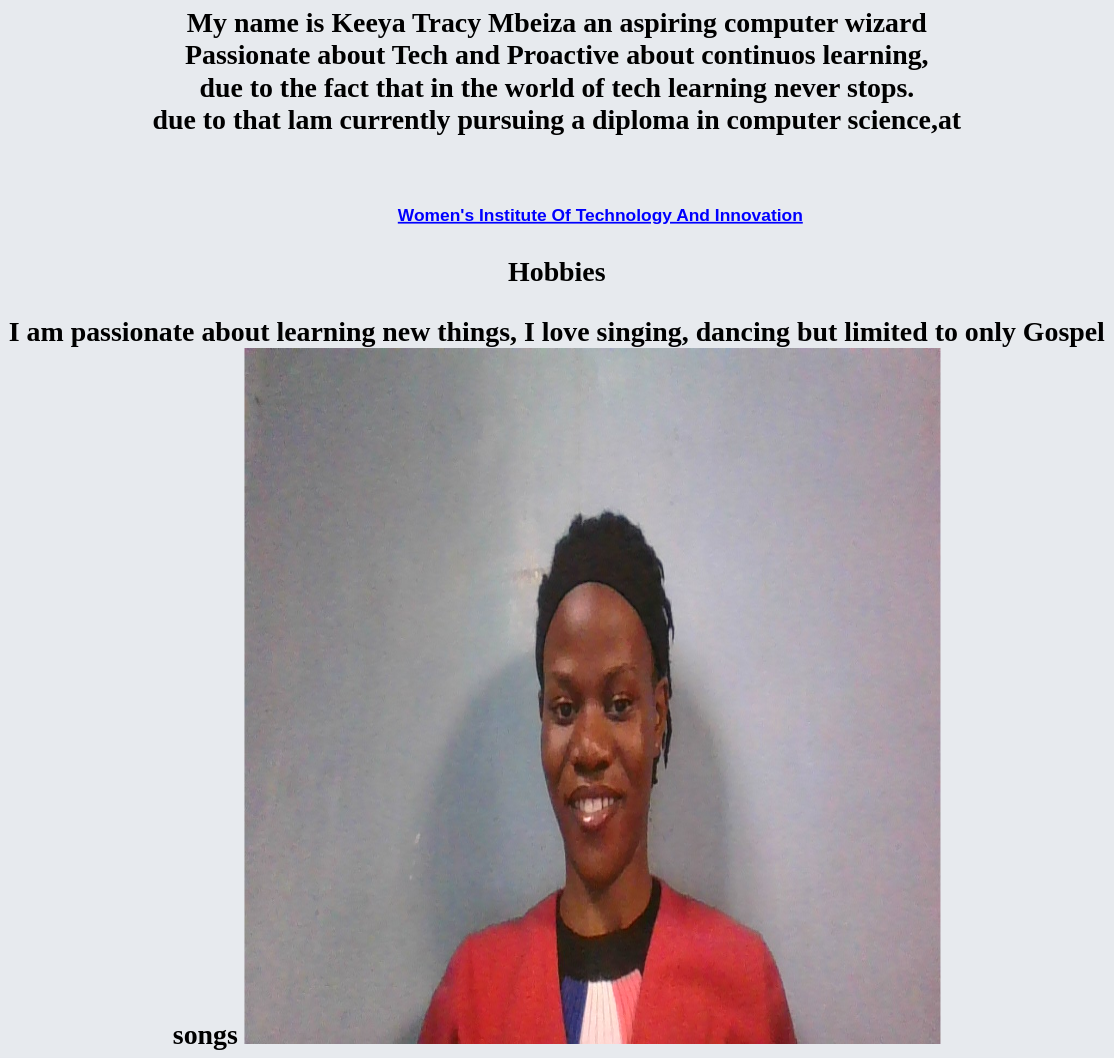
Repository: tracykeeya/my_first_web
Page: index.html
These files come from the project's save history. The page is drawn as it stood at one moment and after a run of saves; the edit follows.
The browser window is 1280 px wide. The pictures show the whole page, at 87% of full size.

Above is the page before, as saved 2025-11-03 11:25:18.

### index.html
<!DOCTYPE html>
<html lang="en">
<head>
    <meta charset="UTF-8">
    <meta name="viewport" content="width=device-width, initial-scale=1.0">
    <title>My First Web Page</title>
</head>
<body style="background-color: rgb(231, 234, 238)" font-family="Arial, Helvetica, sans-serif" margin: 40px; color: #333;>
    <h1 style="margin: 0 auto; text-align: center; color>Please Find Everything About Me Here</h1>
    <h2>Introduction</h2>

    <p style="font-size: 20px; font-family: Arial, Helvetica, sans-serif; text-align: left; color: rgb(0, 0, 0)">My name is<strong> Keeya Tracy Mbeiza</strong> an aspiring computer wizard<br>Passionate about Tech and Proactive about continuos learning,<br> due to the fact that in the world of tech learning never stops.<br> due to that lam currently pursuing a diploma in computer science,at<br>
        </br></p>
    <a href="https://www.witi.ac.ug/" style="position: relative; left: 50px; color: rgb(0, 0, 255); font-size: 20px; font-family: Arial, Helvetica, sans-serif"><b> Women's Institute Of Technology And Innovation</b></a>

    <p><b>Hobbies</b></p>
    I am passionate about learning new things,
    I love singing, dancing but limited to only Gospel songs


    <!-- <img src="https://www.witi.ac.ug/wp-content/uploads/2020/08/WhatsApp-Image-2020-08-14-at-11.16.16-AM.jpeg" alt=""> -->
    <img src="/Tracy.jpg " alt="" width="800" height="800";>

</body>
</html>

After the next 2 saves:
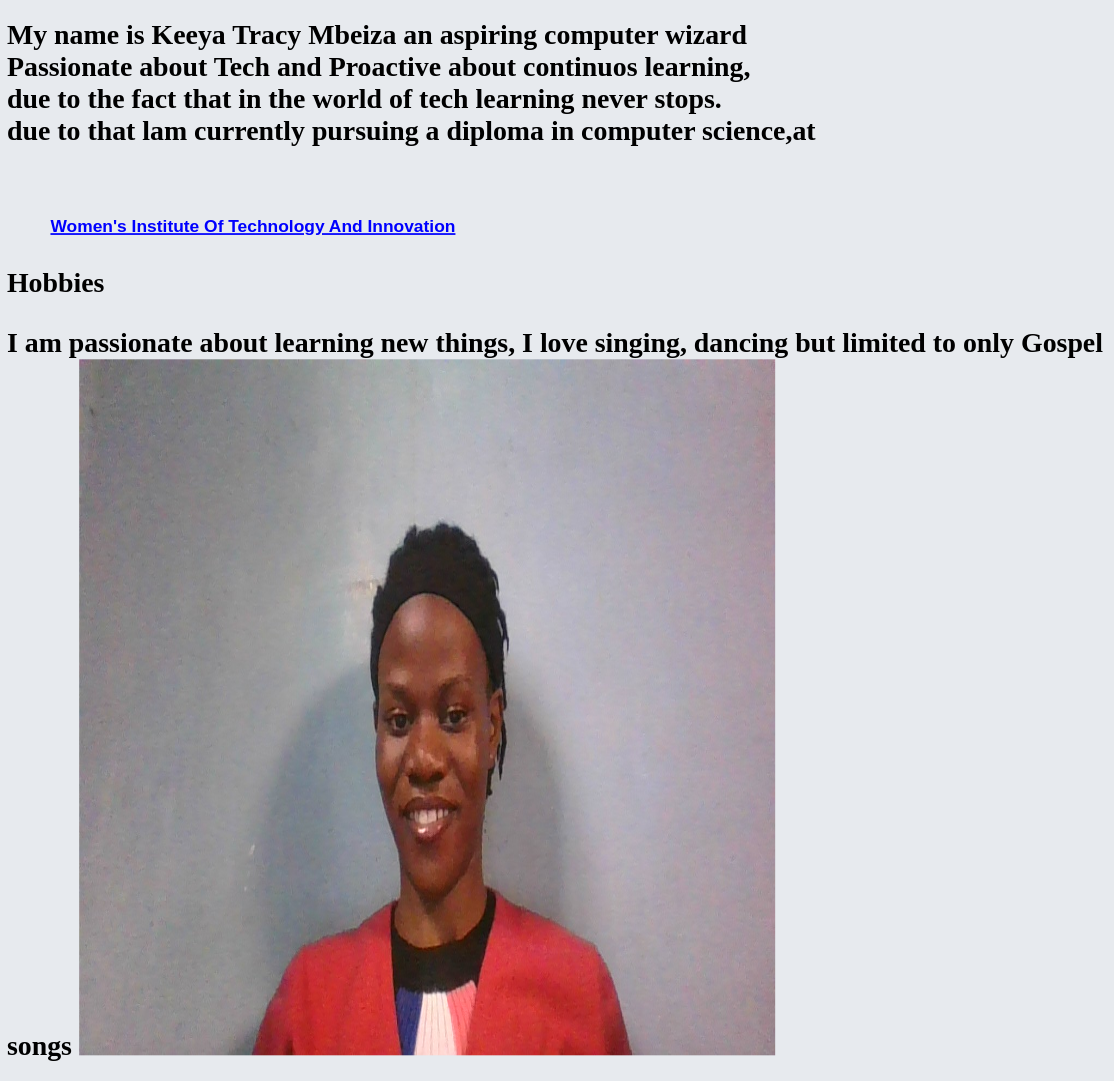
The 2 saves are shown as one change because they came seconds apart.
The last was saved 7 s later.
--- a/index.html
+++ b/index.html
@@ -6,7 +6,7 @@
     <title>My First Web Page</title>
 </head>
 <body style="background-color: rgb(231, 234, 238)" font-family="Arial, Helvetica, sans-serif" margin: 40px; color: #333;>
-    <h1 style="margin: 0 auto; text-align: center; color>Please Find Everything About Me Here</h1>
+    <h1 style="margin: >Please Find Everything About Me Here</h1>
     <h2>Introduction</h2>
 
     <p style="font-size: 20px; font-family: Arial, Helvetica, sans-serif; text-align: left; color: rgb(0, 0, 0)">My name is<strong> Keeya Tracy Mbeiza</strong> an aspiring computer wizard<br>Passionate about Tech and Proactive about continuos learning,<br> due to the fact that in the world of tech learning never stops.<br> due to that lam currently pursuing a diploma in computer science,at<br>
